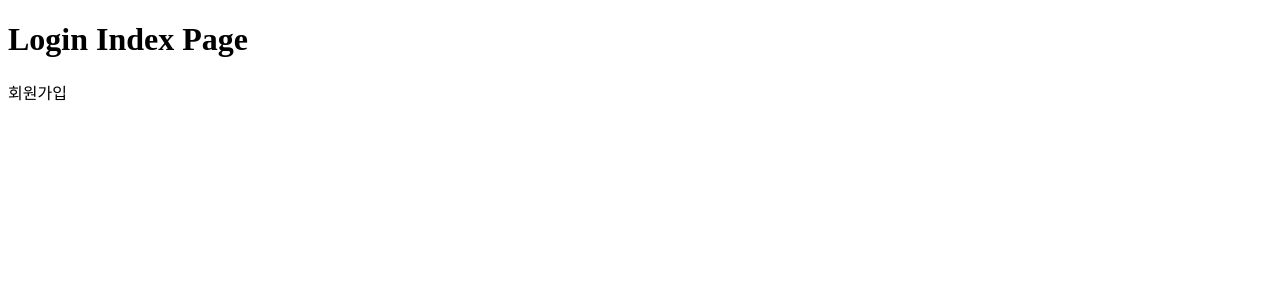
Repository: dhalfks/java2022_09_03
Page: http://localhost/member/
An editor plug-in stored every save of this project. The page is shown before and after the next save, followed by the edit.
The browser window is 1280 px wide. The pictures show the whole page.
The page is served by Tomcat 9.

Above is the page before, as saved 2022-11-29 03:13:36.

After the next save:
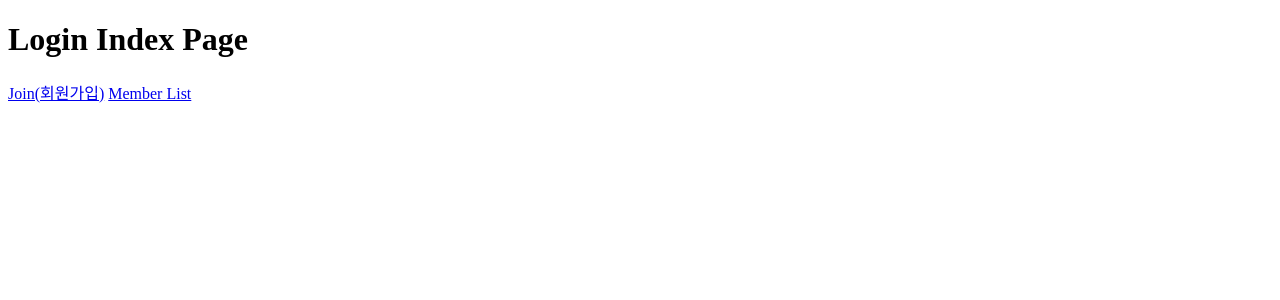
Saved 2 min 3 s later.
--- a/JSP_Member/member/src/main/webapp/index.jsp
+++ b/JSP_Member/member/src/main/webapp/index.jsp
@@ -11,7 +11,8 @@
 
 
 
-<a>회원가입</a>
+<a href="/mem/join">Join(회원가입)</a>
+<a href="/mem/list">Member List</a>
 
 </body>
 </html>
